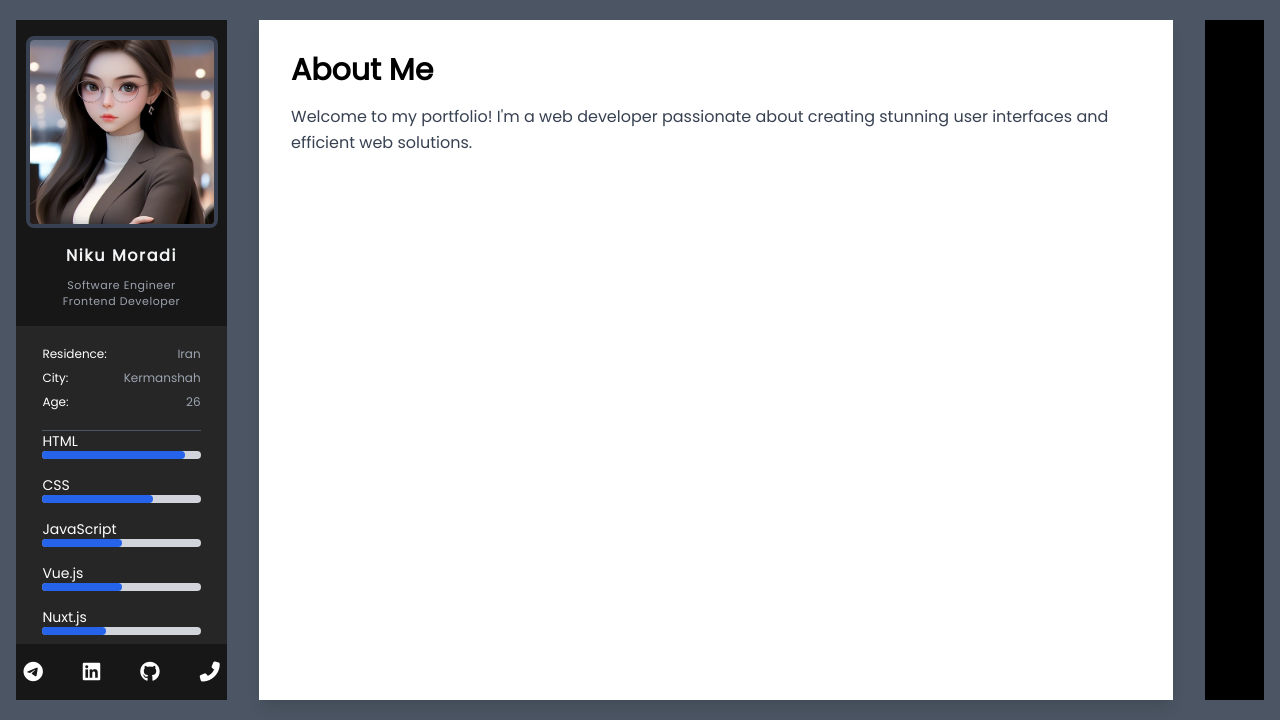
Repository: NikuMoradi/niku-moradi
Page: /
These files come from the project's save history. The page is drawn as it stood at one moment and after the next save; the edit follows.
The browser window is 1280 px wide. The pictures show the whole page.
The project was rebuilt for these pictures with package versions that can differ from the ones it lists, and the page was loaded fresh each time. The framework's server and built-in components were replaced by stand-ins that run in the browser. Also part of the build but not shown: nuxt.config.ts, components/Blog Posts/Component-Design.vue, components/Blog.vue, components/Contact.vue, components/Education.vue, components/Experience.vue, components/Hero.vue, components/Menu.vue and 3 more.

Above is the page before, as saved 2024-11-29 12:00:58.

After the next save:
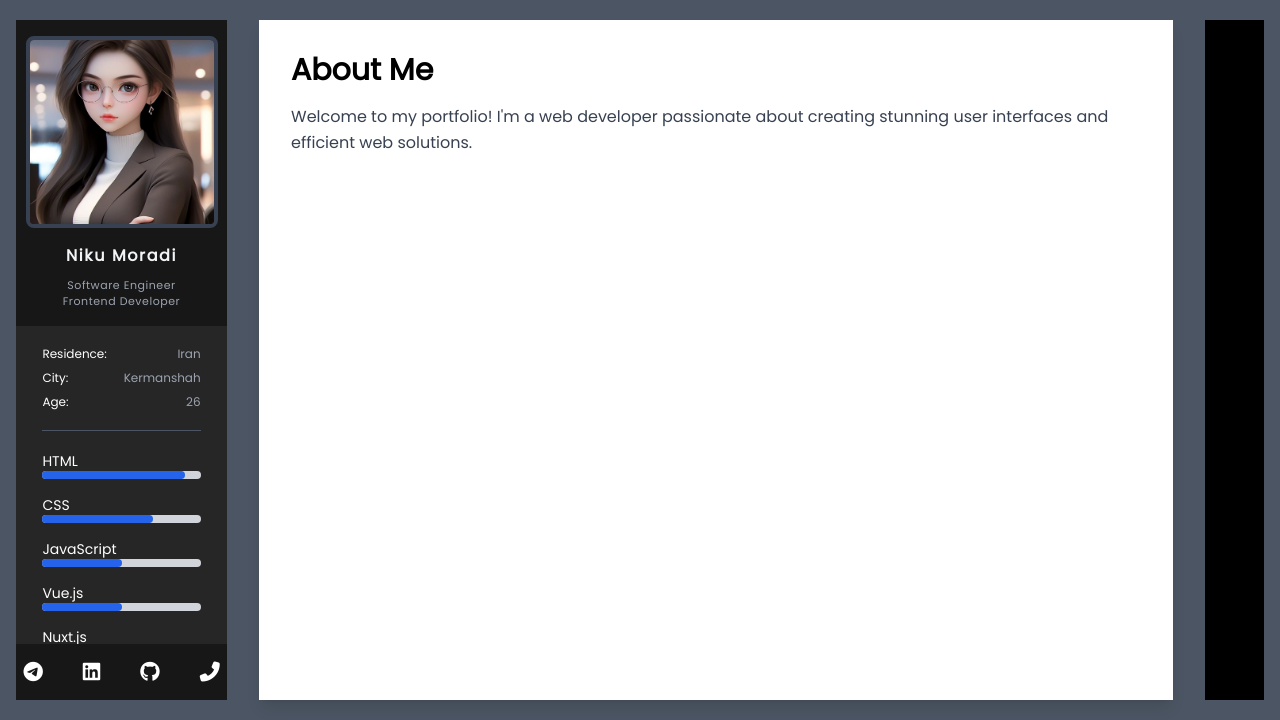
Saved 17 s later.
--- a/components/LeftPanel.vue
+++ b/components/LeftPanel.vue
@@ -31,7 +31,7 @@
 
     <div class="w-3/4 flex flex-col overflow-y-auto scrollbar-hide">
       <!-- table -->
-      <div class="py-5 text-xs border-b border-gray-600">
+      <div class="py-5 text-xs border-b border-gray-600 mb-5">
         <ul class="space-y-2">
           <li class="flex justify-between">
             <h6>Residence:</h6>
